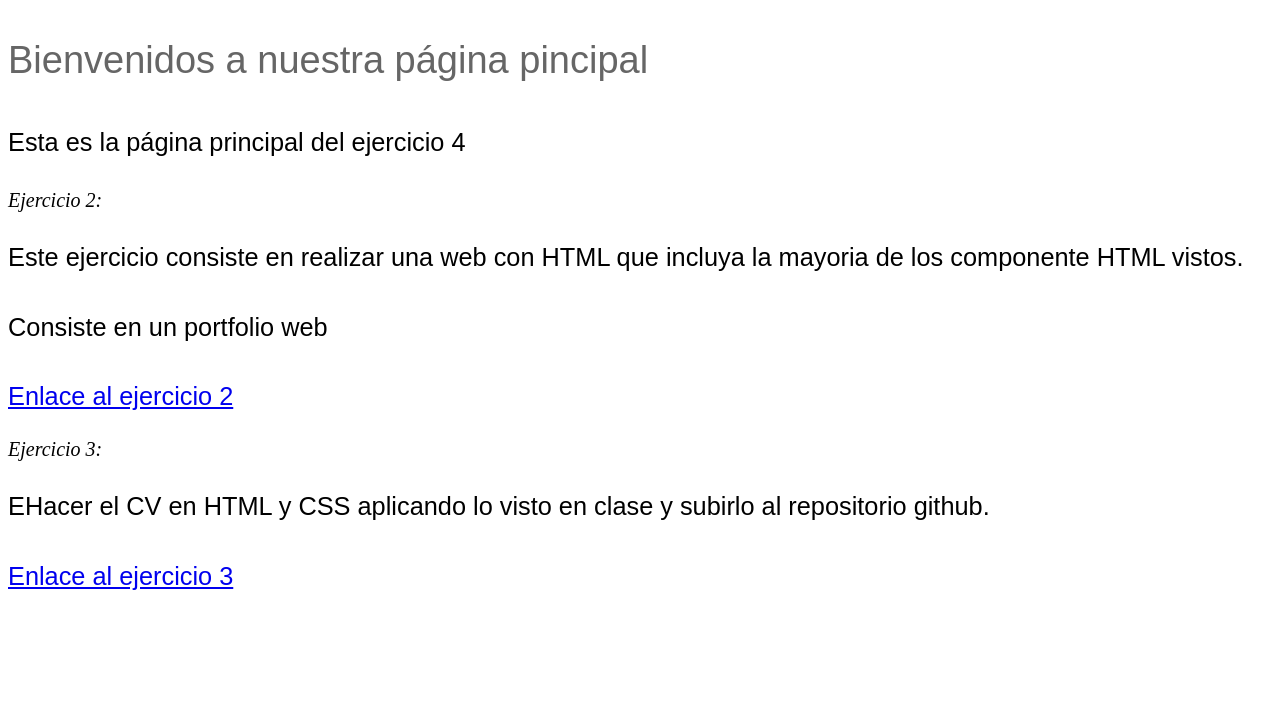
Repository: conmarred/Ejercicio4-Web
Page: Ejercicio4Web/src/main/webapp/index.html
The author's editor kept a copy of each file at every save. The page is drawn from the files as they stood at one save, then again after the next save.
The browser window is 1280 px wide. The pictures show the whole page.
Some web fonts or font styles are not loaded; a fallback is used.

Above is the page before, as saved 2022-03-09 12:24:56.

After the next save:
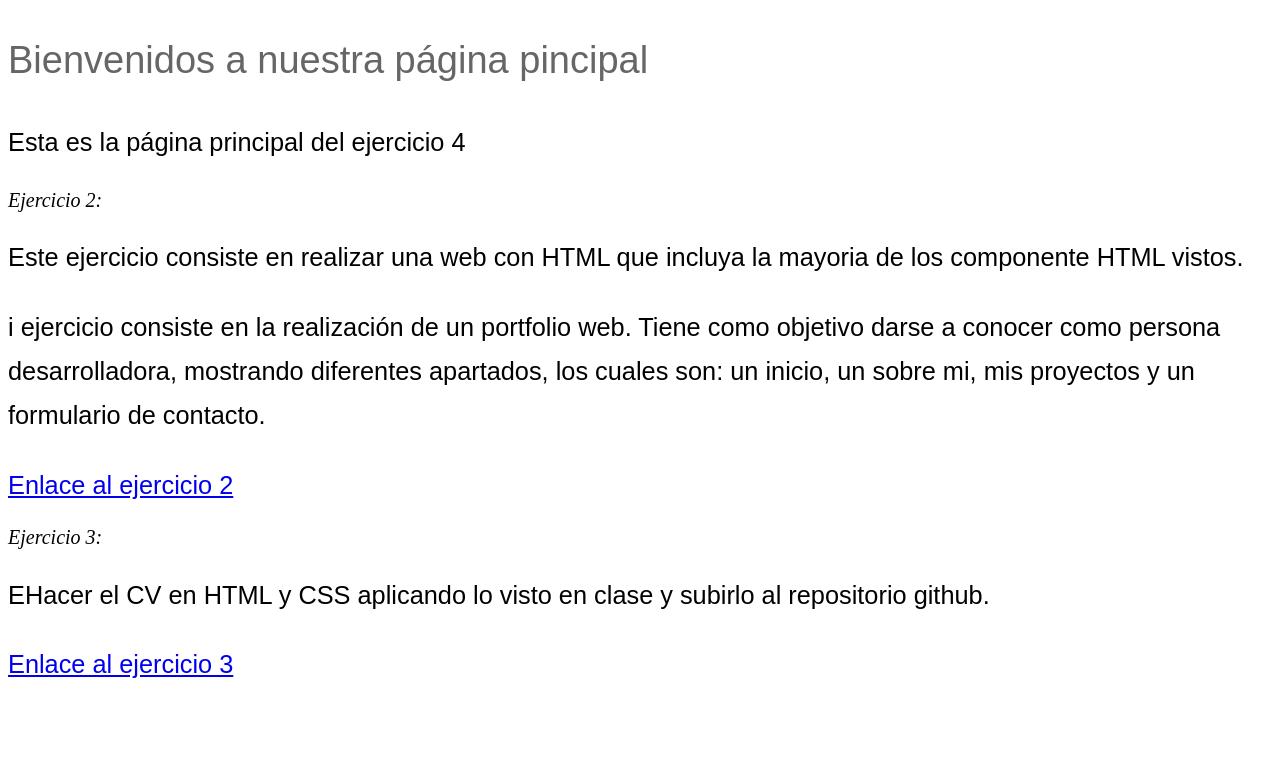
Saved 57 s later.
--- a/Ejercicio4Web/src/main/webapp/index.html
+++ b/Ejercicio4Web/src/main/webapp/index.html
@@ -15,7 +15,9 @@
 				<p class="titulo2">Ejercicio 2:</p>
 				<p>Este ejercicio consiste en realizar
 				una web con HTML que incluya la mayoria de los componente HTML vistos.</p>
-				<p>Consiste en un portfolio web</p>
+				<p>i ejercicio consiste en la realización de un portfolio web. Tiene como objetivo
+				 darse a conocer como persona desarrolladora, mostrando diferentes apartados, los cuales son:
+				 un inicio, un sobre mi, mis proyectos y un formulario de contacto.</p>
 				<a href="ejercicio2.html">Enlace al ejercicio 2</a>
 				<p class="titulo2">Ejercicio 3:</p>
 				<p>EHacer el CV en HTML y CSS aplicando lo visto en clase y subirlo al repositorio github.</p>
